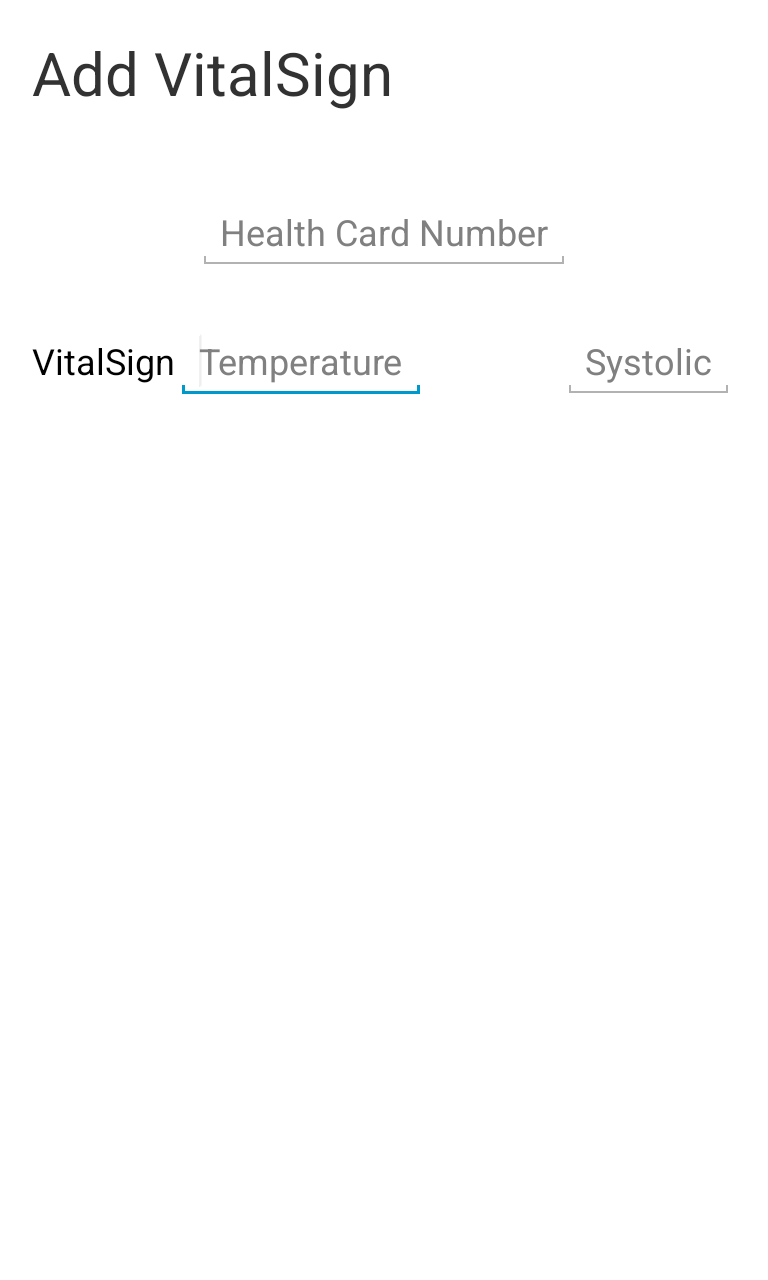
Repository: wangyuan0915/ER
Layout: workspace2/phase3/res/layout/activity_add_vital_sign.xml
An editor plug-in stored every save of this project. The layout is shown before and after the next save, followed by the edit.
It is drawn on a 768 x 1280 px phone screen (xhdpi) without system bars, with theme AppTheme; the app's code is not run.

Above is the layout before, as saved 2013-11-24 06:20:24.

### workspace2/phase3/res/layout/activity_add_vital_sign.xml
<RelativeLayout xmlns:android="http://schemas.android.com/apk/res/android"
    xmlns:tools="http://schemas.android.com/tools"
    android:layout_width="match_parent"
    android:layout_height="match_parent"
    android:paddingBottom="@dimen/activity_vertical_margin"
    android:paddingLeft="@dimen/activity_horizontal_margin"
    android:paddingRight="@dimen/activity_horizontal_margin"
    android:paddingTop="@dimen/activity_vertical_margin"
    tools:context=".AddVitalSignActivity" >

    <TextView
        android:id="@+id/addvitalsign"
        android:layout_width="wrap_content"
        android:layout_height="wrap_content"
        android:layout_alignParentLeft="true"
        android:layout_alignParentTop="true"
        android:textSize="30sp"
        android:text="@string/Add_VitalSign" />

    <EditText
        android:id="@+id/healthcardnum"
        android:layout_width="wrap_content"
        android:layout_height="wrap_content"
        android:layout_below="@+id/addvitalsign"
        android:layout_centerHorizontal="true"
        android:layout_marginTop="40dp"
        android:hint="@string/Health_Card_Number"
        android:textAppearance="?android:attr/textAppearanceMedium" />

    <TextView
        android:id="@+id/VitalSign"
        android:layout_width="wrap_content"
        android:layout_height="wrap_content"
        android:layout_alignLeft="@+id/addvitalsign"
        android:layout_below="@+id/healthcardnum"
        android:layout_marginTop="32dp"
        android:text="@string/VitalSign"
        android:textAppearance="?android:attr/textAppearanceMedium" />

    <EditText
        android:id="@+id/systolic"
        android:layout_width="wrap_content"
        android:layout_height="wrap_content"
        android:layout_alignBaseline="@+id/temperature"
        android:layout_alignBottom="@+id/temperature"
        android:layout_alignParentRight="true"
        android:hint="@string/Systolic"
        android:textAppearance="?android:attr/textAppearanceMedium" />

    <EditText
        android:id="@+id/temperature"
        android:layout_width="wrap_content"
        android:layout_height="wrap_content"
        android:layout_alignBaseline="@+id/VitalSign"
        android:layout_alignBottom="@+id/VitalSign"
        android:layout_toRightOf="@+id/VitalSign"
        android:hint="@string/Temperature"
        android:inputType="numberDecimal"
        android:textAppearance="?android:attr/textAppearanceMedium" >

        <requestFocus />
    </EditText>

</RelativeLayout>

### workspace2/phase3/res/values/strings.xml
<?xml version="1.0" encoding="utf-8"?>
<resources>

    <string name="app_name">phase3</string>
    <string name="action_settings">Settings</string>
    <string name="hello_world">Hello world!</string>
    <string name="Login">Login</string>
    <string name="username">username</string>
    <string name="password">password</string>
    <string name="Nurse">Nurse</string>
    <string name="Physician">Physician</string>
    <string name="login">login</string>
    <string name="title_activity_choice">ChoiceActivity</string>
    <string name="title_activity_physician__choice">Physician_ChoiceActivity</string>
    <string name="Hello">Hello</string>
    <string name="Add_a_new_patient">Add a new patient</string>
    <string name="Add_VitalSign">Add VitalSign</string>
    <string name="title_activity_new_patient">NewPatientActivity</string>
    <string name="title_activity_add_vital_sign">AddVitalSignActivity</string>
    <string name="New_Patient">New Patient</string>
    <string name="patient_name">patient\'s name</string>
    <string name="Health_Card_Number">Health Card Number</string>
    <string name="Birthday">Birthday</string>
    <string name="Year">Year</string>
    <string name="Month">Month</string>
    <string name="Day">Day</string>
    <string name="Date">Date</string>
    <string name="Time">Time</string>
    <string name="Hour">Hour</string>
    <string name="Minute">Minute</string>
    <string name="Submit">Submit</string>
    <string name="VitalSign">VitalSign</string>
    <string name="Temperature">Temperature</string>
    <string name="Systolic">Systolic</string>

</resources>

Loaded but not shown: workspace2/phase3/res/values/styles.xml (common file); workspace2/phase3/res/values-v11/styles.xml (common file); workspace2/phase3/res/values-v14/styles.xml (common file); workspace2/phase3/res/values/dimens.xml (common file)

After the next save:
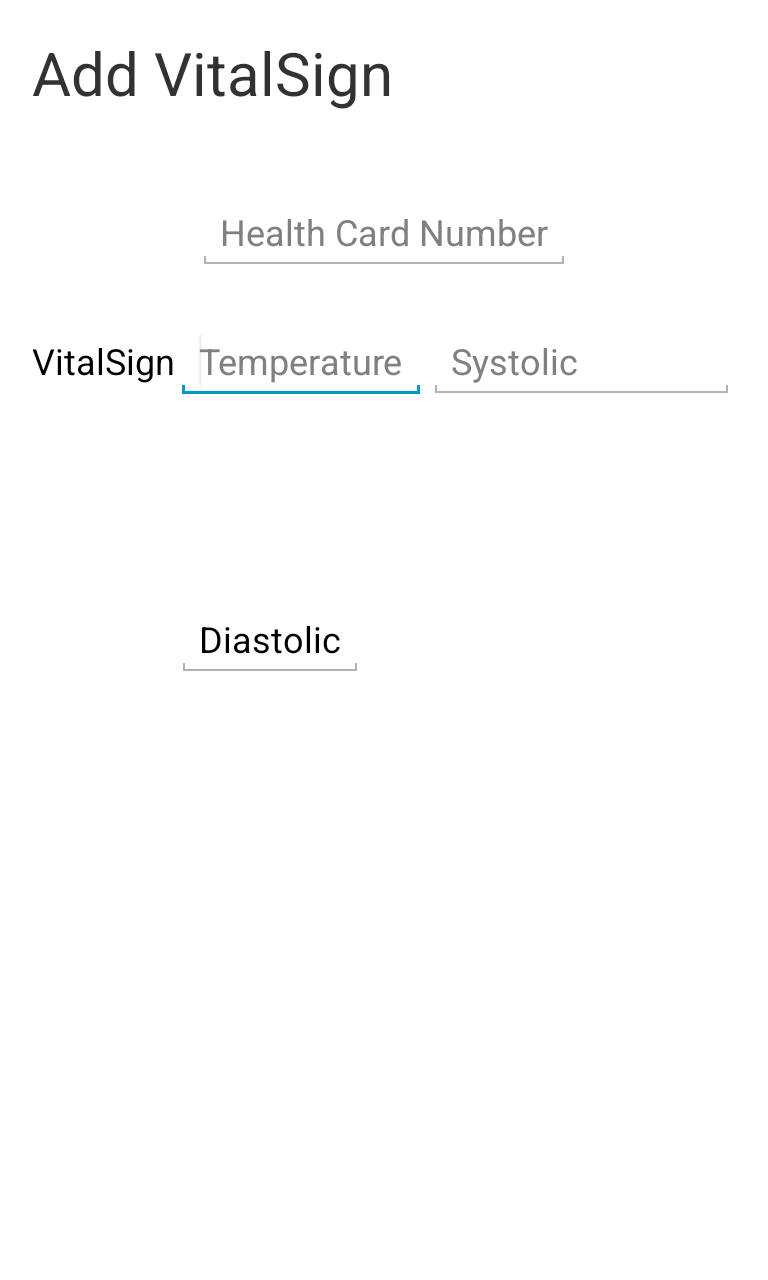
Saved 72 s later.
--- a/workspace2/phase3/res/layout/activity_add_vital_sign.xml
+++ b/workspace2/phase3/res/layout/activity_add_vital_sign.xml
@@ -38,16 +38,6 @@
         android:textAppearance="?android:attr/textAppearanceMedium" />
 
     <EditText
-        android:id="@+id/systolic"
-        android:layout_width="wrap_content"
-        android:layout_height="wrap_content"
-        android:layout_alignBaseline="@+id/temperature"
-        android:layout_alignBottom="@+id/temperature"
-        android:layout_alignParentRight="true"
-        android:hint="@string/Systolic"
-        android:textAppearance="?android:attr/textAppearanceMedium" />
-
-    <EditText
         android:id="@+id/temperature"
         android:layout_width="wrap_content"
         android:layout_height="wrap_content"
@@ -61,4 +51,24 @@
         <requestFocus />
     </EditText>
 
+    <EditText
+        android:id="@+id/systolic"
+        android:layout_width="wrap_content"
+        android:layout_height="wrap_content"
+        android:layout_alignBaseline="@+id/temperature"
+        android:layout_alignBottom="@+id/temperature"
+        android:layout_toRightOf="@+id/temperature"
+        android:ems="10"
+        android:hint="@string/Systolic"
+        android:textAppearance="?android:attr/textAppearanceMedium" />
+
+    <EditText
+        android:id="@+id/diastolic"
+        android:layout_width="wrap_content"
+        android:layout_height="wrap_content"
+        android:layout_alignLeft="@+id/temperature"
+        android:layout_centerVertical="true"
+        android:text="Diastolic"
+        android:textAppearance="?android:attr/textAppearanceMedium" />
+
 </RelativeLayout>
